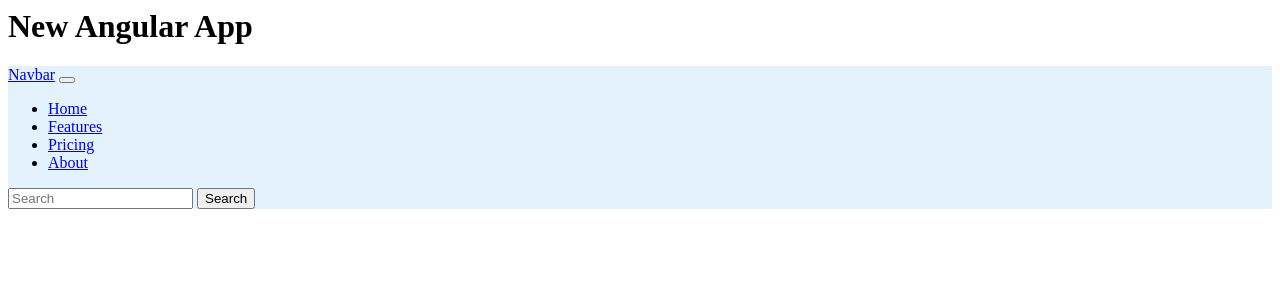
Repository: shariftasrik/My_Internship_Dohatec
Page: Day_5/Guards/Auth_Routes/src/app/app.html
An editor plug-in stored every save of this project. The page is shown before and after a run of saves, followed by the edit.
The browser window is 1280 px wide. The pictures show the whole page.

Above is the page before, as saved 2025-11-25 13:30:01.

After the next 2 saves:
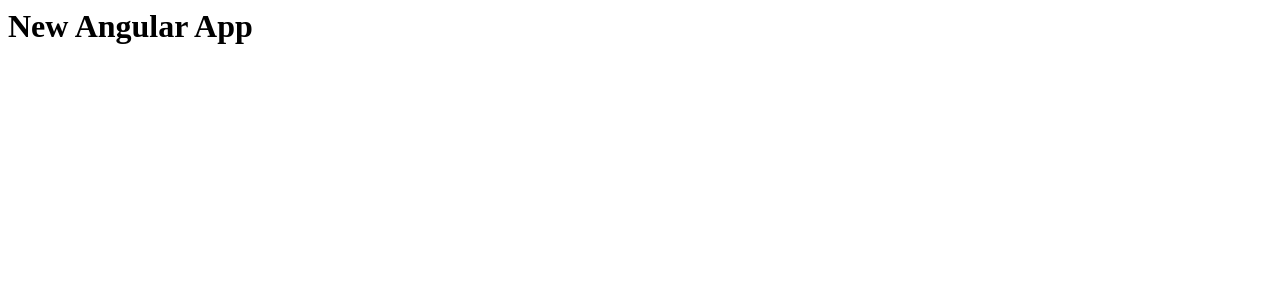
The 2 saves are shown as one change because they came seconds apart.
The last was saved 17 s later.
--- a/Day_5/Guards/Auth_Routes/src/app/app.html
+++ b/Day_5/Guards/Auth_Routes/src/app/app.html
@@ -2,33 +2,5 @@
 
 <!-- <app-resource-api></app-resource-api> -->
 
-<nav class="navbar navbar-expand-lg" style="background-color: #e3f2fd;" data-bs-theme="light">
-<div class="container-fluid">
-  <a class="navbar-brand" href="#">Navbar</a>
-  <button class="navbar-toggler collapsed" type="button" data-bs-toggle="collapse" data-bs-target="#navbarColor03" aria-controls="navbarColor03" aria-expanded="false" aria-label="Toggle navigation">
-    <span class="navbar-toggler-icon"></span>
-  </button>
-  <div class="navbar-collapse collapse" id="navbarColor03" style="">
-    <ul class="navbar-nav me-auto mb-2 mb-lg-0">
-      <li class="nav-item">
-        <a class="nav-link active" aria-current="page" href="#">Home</a>
-      </li>
-      <li class="nav-item">
-        <a class="nav-link" href="#">Features</a>
-      </li>
-      <li class="nav-item">
-        <a class="nav-link" href="#">Pricing</a>
-      </li>
-      <li class="nav-item">
-        <a class="nav-link" href="#">About</a>
-      </li>
-    </ul>
-    <form class="d-flex" role="search">
-      <input class="form-control me-2" type="search" placeholder="Search" aria-label="Search">
-      <button class="btn btn-outline-primary" type="submit">Search</button>
-    </form>
-  </div>
-</div>
-</nav>
 
 <router-outlet/>
